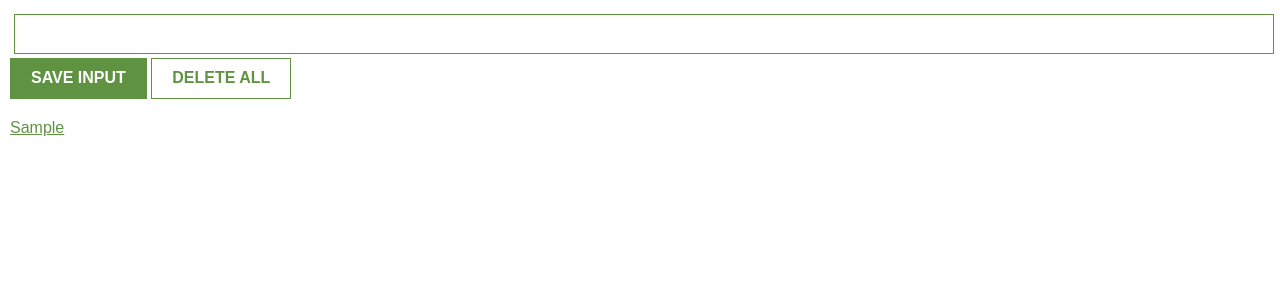
Repository: jt010051/chromeExtension
Page: index.html
An editor plug-in stored every save of this project. The page is shown before and after the next save, followed by the edit.
The browser window is 1280 px wide. The pictures show the whole page.
Empty fields were first filled with sample values (such as "Sample", 5 or name@example.com).
After loading, the first visible `#input-btn` was clicked once.

Above is the page before, as saved 2022-02-28 07:50:27.

After the next save:
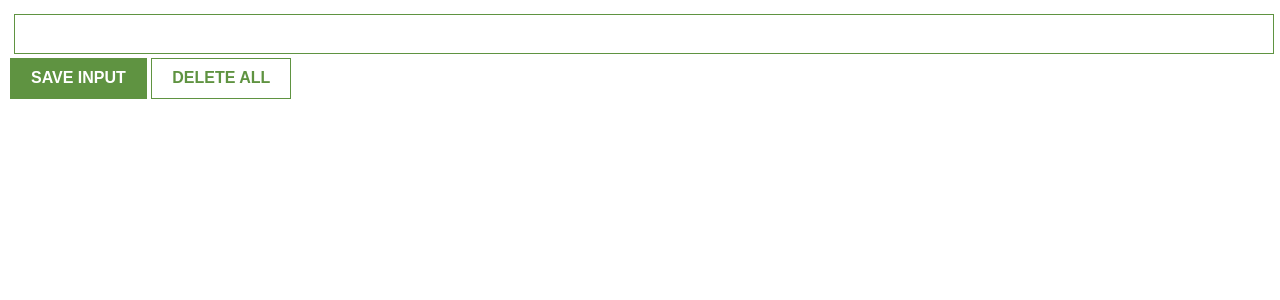
Console error: ReferenceError: renderLeads is not defined
Saved 4 min 45 s later.
--- a/index.js
+++ b/index.js
@@ -10,17 +10,17 @@ const leadsFromStorage = JSON.parse(localStorage.getItem("myLeads"))
 
 if (leadsFromStorage){
     myLeads = leadsFromStorage
-    renderLeads()
+    render(myLeads)
 }
-function renderLeads(){
+function render(leads){
     let listItems =""
 
-    for(let i = 0; i<myLeads.length; i++){
+    for(let i = 0; i<leads.length; i++){
         //listItems += "<li><a target ='_blank' href= '" +myLeads[i] +"'>"+myLeads[i]+"</a></li>"
         listItems += `
         <li>
-             <a target ='_blank' href= '${myLeads[i]}'>
-                 ${myLeads[i]}
+             <a target ='_blank' href= '${leads[i]}'>
+                 ${leads[i]}
              </a>
         </li>
         `
@@ -30,7 +30,7 @@ function renderLeads(){
 deleteBtn.addEventListener('dblclick', function () {
 localStorage.clear()
 myLeads =[]
-renderLeads()
+render(myLeads)
 });
 inputBtn.addEventListener("click", function(){
 

After the save that followed:
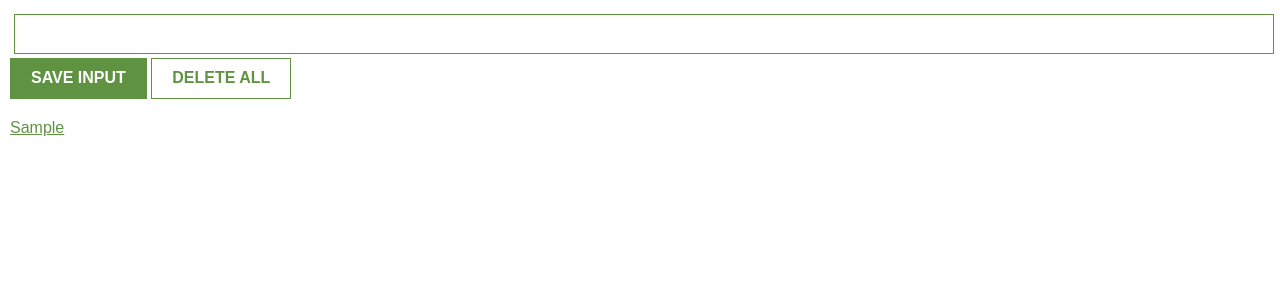
The error is gone.
Saved 66 s later.
--- a/index.js
+++ b/index.js
@@ -38,6 +38,6 @@ myLeads.push(inputEl.value)
 inputEl.value = ""
 
    localStorage.setItem("myLeads", JSON.stringify(myLeads) )
-renderLeads()
+render(myLeads)
 console.log(localStorage.getItem("myLeads"))
 })
